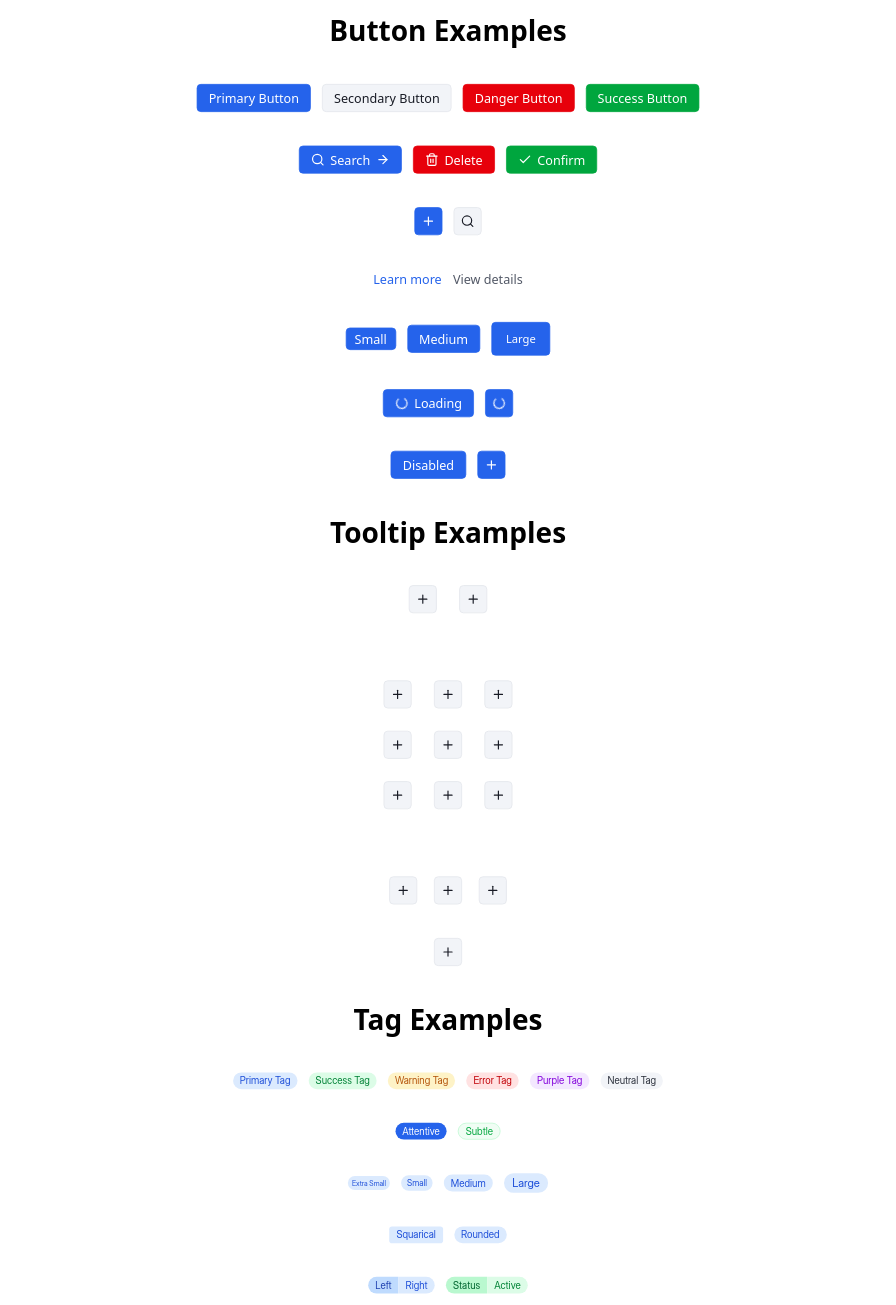
Repository: vinit-juspay/design-system
Page: /
An editor plug-in stored every save of this project. The page is shown before and after the next save, followed by the edit.
The browser window is 1280 px wide. The pictures show the whole page, at 70% of full size.
Some web fonts or font styles are not loaded; a fallback is used. The project was rebuilt for these pictures with package versions that can differ from the ones it lists, and the page was loaded fresh each time. Also part of the build but not shown: vite.config.ts, src/components/button/Button.utils.ts, src/components/button/Button.tsx.

Above is the page before, as saved 2025-04-05 18:49:36.

### index.html
<!doctype html>
<html lang="en">
  <head>
    <meta charset="UTF-8" />
    <meta name="viewport" content="width=device-width, initial-scale=1.0" />
    <link rel="preconnect" href="https://fonts.googleapis.com">
    <link rel="preconnect" href="https://fonts.gstatic.com" crossorigin>
    <link href="https://fonts.googleapis.com/css2?family=Inter+Display:wght@400;500;600;700&family=JetBrains+Mono:wght@400;500;600;700&display=swap" rel="stylesheet">
    <title>Juspay Design System</title>
  </head>
  <body>
    <div id="root"></div>
    <script type="module" src="/src/main.tsx"></script>
  </body>
</html>

### src/index.ts
import './index.css';

export type { ButtonProps, ButtonType, ButtonSize } from './components/button/Button.types';
export { default as Button } from './components/button/Button';

export type { TooltipProps, TooltipSize, TooltipArrow, SlotDirection } from './components/tooltip/Tooltip.types';
export { default as Tooltip } from './components/tooltip/Tooltip';

### lib/main.ts
import '../src/index.css';

export { default as Button } from './components/Button/Button';
export { default as Tag, SplitTag } from './components/Tags/Tags';

### src/components/tooltip/Tooltip.tsx
import * as React from 'react';
import * as RadixTooltip from '@radix-ui/react-tooltip';
import { TooltipProps } from './Tooltip.types';
import { getTooltipClassNames, getArrowStyles, getContentContainerClassNames, getSlotClassNames } from './Tooltip.utils';

/**
 * Tooltip component built on top of Radix UI tooltip primitive
 * Provides contextual information when hovering over elements
 *
 * @component
 * @example
 * // Basic usage
 * <Tooltip content="This is a tooltip">
 *   <Button>Hover me</Button>
 * </Tooltip>
 *
 * // With custom slot (e.g. icon)
 * <Tooltip content="Custom tooltip" arrow="right" hasSlot slot={InfoIcon} slotDirection="left">
 *   <span>Hover for info</span>
 * </Tooltip>
 */

const Tooltip = React.forwardRef<
  React.ElementRef<typeof RadixTooltip.Content>,
  TooltipProps
>(({
  children,
  content,
  size = 'sm',
  arrow = 'default',
  hasSlot = false,
  slotDirection = 'left',
  slot: Slot,
  providerProps = { delayDuration: 300 },
  rootProps,
  contentProps,
}, ref) => {
  const tooltipClassNames = getTooltipClassNames(size);
  const { arrowClassName, side, align, showArrow } = getArrowStyles(arrow);
  const contentContainerClassNames = getContentContainerClassNames();

  return (
    <RadixTooltip.Provider delayDuration={providerProps.delayDuration}>
      <RadixTooltip.Root {...rootProps}>
        <RadixTooltip.Trigger asChild>
          {children}
        </RadixTooltip.Trigger>
        <RadixTooltip.Portal>
          <RadixTooltip.Content
            ref={ref}
            sideOffset={5}
            side={side as RadixTooltip.TooltipContentProps['side']}
            align={align as RadixTooltip.TooltipContentProps['align']}
            className={tooltipClassNames}
            {...contentProps}
          >
            <div className={contentContainerClassNames}>
              {hasSlot && slotDirection === 'left' && Slot && (
                <Slot className={getSlotClassNames('left')} />
              )}
              {content}
              {hasSlot && slotDirection === 'right' && Slot && (
                <Slot className={getSlotClassNames('right')} />
              )}
            </div>
            {showArrow && <RadixTooltip.Arrow className={arrowClassName} />}
          </RadixTooltip.Content>
        </RadixTooltip.Portal>
      </RadixTooltip.Root>
    </RadixTooltip.Provider>
  );
});

Tooltip.displayName = 'Tooltip';

export default Tooltip;

### lib/components/Button/Button.tsx
import * as React from 'react';
import { Loader2 } from 'lucide-react';
import { ButtonProps } from './types';
import { cn } from '../../utils';
import { getButtonClassNames, getIconClassNames, getTextClassNames } from './utils';

const Button = React.forwardRef<HTMLButtonElement, ButtonProps>(
  ({
    buttonType = 'primary',
    size = 'md',
    subType = 'default',
    text,
    leadingIcon: LeadingIcon,
    trailingIcon: TrailingIcon,
    isLoading = false,
    isDisabled = false,
    className,
    children,
    ...props
  }, ref) => {
    const baseClassNames = getButtonClassNames(buttonType, size, subType);
    const iconClassNames = getIconClassNames(size, isLoading);
    const textClassNames = getTextClassNames(size);

    return (
      <button
        ref={ref}
        disabled={isDisabled || isLoading}
        className={cn(baseClassNames, className)}
        {...props}
      >
        {isLoading && (
          <Loader2 className={iconClassNames} />
        )}
        {!isLoading && LeadingIcon && (
          <LeadingIcon className={iconClassNames} />
        )}
        {(text || children) && (
          <span className={textClassNames}>{text || children}</span>
        )}
        {!isLoading && TrailingIcon && (
          <TrailingIcon className={iconClassNames} />
        )}
      </button>
    );
  }
);

Button.displayName = 'Button';

export default Button;

### lib/components/Tags/Tags.tsx
import * as React from 'react';
import { TagProps, SplitTagProps } from './types';
import { cn } from '../../utils';
import { getTagClassNames, getSplitTagClassNames } from './utils';
import { themeConfig } from '../../themeConfig';

const Tag = React.forwardRef<HTMLDivElement, TagProps>(
  ({
    variant = 'default',
    tagStyle = 'rounded',
    size = 'md',
    color = 'neutral',
    label,
    leadingIcon: LeadingIcon,
    trailingIcon: TrailingIcon,
    className,
    children,
    ...props
  }, ref) => {
    const baseClassNames = getTagClassNames(variant, tagStyle, size, color);

    // Size-appropriate icon sizes from themeConfig
    const iconSizes = {
      xs: "h-2.5 w-2.5",
      sm: "h-3 w-3",
      md: "h-3.5 w-3.5",
      lg: "h-4 w-4"
    };

    if (variant === 'splitTags') {
      return null; // SplitTag component should be used instead
    }

    return (
      <div
        ref={ref}
        className={cn(baseClassNames, className)}
        {...props}
      >
        {LeadingIcon && (
          <LeadingIcon className={iconSizes[size]} />
        )}
        {(label || children) && (
          <span className={cn("font-body", themeConfig.euler.tag.sizes[size].fontSize.split(' ')[0])}>
            {label || children}
          </span>
        )}
        {TrailingIcon && (
          <TrailingIcon className={iconSizes[size]} />
        )}
      </div>
    );
  }
);

Tag.displayName = 'Tag';

export const SplitTag = React.forwardRef<HTMLDivElement, SplitTagProps>(
  ({
    tagStyle = 'rounded',
    size = 'md',
    color = 'neutral',
    leftLabel,
    rightLabel,
    leftIcon: LeftIcon,
    rightIcon: RightIcon,
    className,
    ...props
  }, ref) => {
    // Size-appropriate icon sizes
    const iconSizes = {
      xs: "h-2.5 w-2.5",
      sm: "h-3 w-3",
      md: "h-3.5 w-3.5",
      lg: "h-4 w-4"
    };

    return (
      <div
        ref={ref}
        className={cn("inline-flex", className)}
        {...props}
      >
        <div className={getSplitTagClassNames(tagStyle, size, color, true)}>
          {LeftIcon && <LeftIcon className={iconSizes[size]} />}
          {leftLabel && (
            <span className={cn("font-body", themeConfig.euler.tag.sizes[size].fontSize.split(' ')[0])}>
              {leftLabel}
            </span>
          )}
        </div>
        <div className={getSplitTagClassNames(tagStyle, size, color, false)}>
          {rightLabel && (
            <span className={cn("font-body", themeConfig.euler.tag.sizes[size].fontSize.split(' ')[0])}>
              {rightLabel}
            </span>
          )}
          {RightIcon && <RightIcon className={iconSizes[size]} />}
        </div>
      </div>
    );
  }
);

SplitTag.displayName = 'SplitTag';

export default Tag;

### src/components/tooltip/Tooltip.utils.ts
import { TooltipSize, TooltipArrow } from './Tooltip.types';
import { themeConfig } from '../../themeConfig';
import { cn } from '../../lib/utils';

/**
 * Generates the appropriate class names for a tooltip based on its size
 *
 * @param {TooltipSize} size - The size of the tooltip (sm or lg)
 * @returns {string} Combined Tailwind CSS class names for the tooltip
 */
export const getTooltipClassNames = (size: TooltipSize): string => {
  const theme = themeConfig.euler.tooltip;
  const tooltipSize = theme.sizes[size];

  return cn(
    theme.baseStyles,
    tooltipSize.padding,
    tooltipSize.fontSize,
    tooltipSize.borderRadius,
    tooltipSize.maxWidth
  );
};

/**
 * Generates the appropriate class names for the slot based on its direction
 *
 * @param {string} direction - The direction of the slot ('left' or 'right')
 * @returns {string} Combined Tailwind CSS class names for the slot
 */
export const getSlotClassNames = (direction: 'left' | 'right'): string => {
  return cn(
    'h-4 w-4',
    direction === 'left' ? 'mr-2' : 'ml-2'
  );
};

/**
 * Generates the appropriate class names for a tooltip arrow based on its position
 *
 * @param {TooltipArrow} arrow - The position of the arrow
 * @returns {object} Object containing arrow classes and side/align props for Radix UI
 */
export const getArrowStyles = (arrow: TooltipArrow) => {
  const theme = themeConfig.euler.tooltip;

  // Default positioning (top arrow)
  let side = 'top';
  let align = 'center';
  let showArrow = true;

  switch (arrow) {
    case 'right':
      side = 'left';
      align = 'center';
      break;
    case 'left':
      side = 'right';
      align = 'center';
      break;
    case 'bottomCenter':
      side = 'bottom';
      align = 'center';
      break;
    case 'bottomLeft':
      side = 'bottom';
      align = 'start';
      break;
    case 'bottomRight':
      side = 'bottom';
      align = 'end';
      break;
    case 'topCenter':
      side = 'top';
      align = 'center';
      break;
    case 'topLeft':
      side = 'top';
      align = 'start';
      break;
    case 'topRight':
      side = 'top';
      align = 'end';
      break;
    case 'none':
      showArrow = false;
      break;
    default:
      // Default is top with center alignment
      break;
  }

  return {
    arrowClassName: cn(theme.arrow.baseStyles),
    side,
    align,
    showArrow
  };
};

/**
 * Generates the appropriate class names for the content container of the tooltip
 *
 * @returns {string} Combined Tailwind CSS class names for the tooltip content
 */
export const getContentContainerClassNames = (): string => {
  const theme = themeConfig.euler.tooltip;

  return cn(
    'flex',
    theme.content.baseStyles
  );
};

### lib/components/Button/utils.ts
import { ButtonSize, ButtonType, ButtonSubType } from './types';
import { themeConfig } from '../../themeConfig';
import { cn } from '../../utils';

export const getButtonClassNames = (
  type: ButtonType,
  size: ButtonSize,
  subType: ButtonSubType
): string => {
  const theme = themeConfig.euler.button;
  const buttonType = theme.buttonType[type];
  const buttonSize = theme.sizes[size];

  const baseClasses = `
    inline-flex items-center justify-center
    transition-all duration-200
    focus-visible:outline-primary-200 focus-visible:outline-2
    focus:outline-primary-200 focus:outline-2
    disabled:pointer-events-none
  `;

  if (subType === 'link') {
    return cn(
      baseClasses,
      buttonSize.fontSize,
      theme.linkColors[type].text,
      theme.linkColors[type].hover,
      theme.linkColors[type].focus
    );
  }

  if (subType === 'iconOnly') {
    return cn(
      baseClasses,
      buttonSize.height,
      'aspect-square p-0',
      buttonType.backgroundColor,
      buttonType.textColor,
      buttonType.hoverBackgroundColor,
      buttonType.activeBackgroundColor,
      buttonType.borderColor,
      buttonType.disabledBackgroundColor,
      theme.borderRadius
    );
  }

  return cn(
    baseClasses,
    buttonSize.height,
    buttonSize.padding,
    buttonSize.fontSize,
    buttonSize.gap,
    buttonType.backgroundColor,
    buttonType.textColor,
    buttonType.hoverBackgroundColor,
    buttonType.activeBackgroundColor,
    buttonType.borderColor,
    buttonType.disabledBackgroundColor,
    theme.borderRadius
  );
};

export const getIconClassNames = (size: ButtonSize, isLoading: boolean): string => {
  const theme = themeConfig.euler.button;
  const buttonSize = theme.sizes[size];

  return cn(
    buttonSize.iconSize,
    isLoading && 'animate-spin'
  );
};

export const getTextClassNames = (size: ButtonSize): string => {
  const theme = themeConfig.euler.button;
  const buttonSize = theme.sizes[size];

  return cn(
    buttonSize.fontSize
  );
};

### lib/components/Tags/utils.ts
import { TagVariant, TagStyle, TagSize, TagColor } from './types';
import { themeConfig } from '../../themeConfig';
import { cn } from '../../utils';

export const getTagClassNames = (
  variant: TagVariant,
  tagStyle: TagStyle,
  size: TagSize,
  color: TagColor
): string => {
  const theme = themeConfig.euler.tag;

  // Base classes for all tags
  const baseClasses = `
    inline-flex items-center justify-center
    gap-2 transition-all duration-200
  `;

  // For splitTags, we'll handle this differently in the component
  if (variant === 'splitTags') {
    return cn(
      baseClasses,
      theme.sizes[size].height,
      theme.sizes[size].fontSize,
      theme.style[tagStyle]
    );
  }

  // Log the font size class being applied for debugging
  console.log(`Applying font size class: ${theme.sizes[size].fontSize}`);

  return cn(
    baseClasses,
    theme.sizes[size].height,
    theme.sizes[size].padding,
    theme.sizes[size].fontSize,
    theme.style[tagStyle],
    theme.variant[variant][color]
  );
};

export const getSplitTagClassNames = (
  tagStyle: TagStyle,
  size: TagSize,
  color: TagColor,
  isLeft: boolean
): string => {
  const theme = themeConfig.euler.tag;
  const side = isLeft ? 'left' : 'right';

  // Log the font size class being applied for debugging
  console.log(`Applying split tag font size class: ${theme.sizes[size].fontSize}`);

  return cn(
    'inline-flex items-center justify-center gap-2',
    theme.sizes[size].height,
    theme.sizes[size].padding,
    theme.sizes[size].fontSize,
    theme.splitStyle[tagStyle][side],
    theme.splitTag[color][side]
  );
};

### lib/themeConfig.ts
// Copy your existing themeConfig.ts file here
// This is a placeholder - use your actual theme config
export const themeConfig = {
  euler: {
    button: {
      buttonType: {
        primary: {
          backgroundColor: 'bg-blue-600',
          textColor: 'text-white',
          hoverBackgroundColor: 'hover:bg-blue-700',
          borderColor: 'border border-blue-600'
        },
        secondary: {
          backgroundColor: 'bg-gray-100',
          textColor: 'text-gray-900',
          hoverBackgroundColor: 'hover:bg-gray-200',
          borderColor: 'border border-gray-200'
        },
        danger: {
          backgroundColor: 'bg-red-600',
          textColor: 'text-white',
          hoverBackgroundColor: 'hover:bg-red-700',
          borderColor: 'border border-red-600'
        },
        success: {
          backgroundColor: 'bg-green-600',
          textColor: 'text-white',
          hoverBackgroundColor: 'hover:bg-green-700',
          borderColor: 'border border-green-600'
        }
      },
      sizes: {
        sm: {
          height: 'h-8',
          padding: 'px-3',
          fontSize: 'text-sm',
          iconSize: 'w-4 h-4',
          gap: 'gap-1.5'
        },
        md: {
          height: 'h-10',
          padding: 'px-4',
          fontSize: 'text-sm',
          iconSize: 'w-5 h-5',
          gap: 'gap-2'
        },
        lg: {
          height: 'h-12',
          padding: 'px-5',
          fontSize: 'text-base',
          iconSize: 'w-5 h-5',
          gap: 'gap-2'
        }
      },
      linkColors: {
        primary: {
          text: 'text-blue-600',
          hover: 'hover:text-blue-700',
          focus: 'focus:text-blue-700'
        },
        secondary: {
          text: 'text-gray-600',
          hover: 'hover:text-gray-700',
          focus: 'focus:text-gray-700'
        },
        danger: {
          text: 'text-red-600',
          hover: 'hover:text-red-700',
          focus: 'focus:text-red-700'
        },
        success: {
          text: 'text-green-600',
          hover: 'hover:text-green-700',
          focus: 'focus:text-green-700'
        }
      },
      borderRadius: 'rounded-md'
    },
    tag: {
      variant: {
        default: {
          neutral: 'bg-gray-100 text-gray-700',
          primary: 'bg-blue-100 text-blue-700',
          success: 'bg-green-100 text-green-700',
          error: 'bg-red-100 text-red-700',
          warning: 'bg-amber-100 text-amber-700',
          purple: 'bg-purple-100 text-purple-700'
        },
        attentive: {
          neutral: 'bg-gray-950 text-gray-0',
          primary: 'bg-blue-600 text-gray-0',
          success: 'bg-green-600 text-gray-0',
          error: 'bg-red-600 text-gray-0',
          warning: 'bg-orange-500 text-gray-0',
          purple: 'bg-purple-500 text-gray-0'
        },
        subtle: {
          neutral: 'bg-gray-50 text-gray-600 border border-gray-200',
          primary: 'bg-blue-50 text-blue-600 border border-blue-200',
          success: 'bg-green-50 text-green-600 border border-green-200',
          error: 'bg-red-50 text-red-600 border border-red-200',
          warning: 'bg-amber-50 text-amber-600 border border-amber-200',
          purple: 'bg-purple-50 text-purple-600 border border-purple-200'
        }
      },
      splitTag: {
        neutral: {
          left: 'bg-gray-200 text-gray-800',
          right: 'bg-gray-100 text-gray-700'
        },
        primary: {
          left: 'bg-blue-200 text-blue-800',
          right: 'bg-blue-100 text-blue-700'
        },
        success: {
          left: 'bg-green-200 text-green-800',
          right: 'bg-green-100 text-green-700'
        },
        error: {
          left: 'bg-red-200 text-red-800',
          right: 'bg-red-100 text-red-700'
        },
        warning: {
          left: 'bg-amber-200 text-amber-800',
          right: 'bg-amber-100 text-amber-700'
        },
        purple: {
          left: 'bg-purple-200 text-purple-800',
          right: 'bg-purple-100 text-purple-700'
        }
      },
      sizes: {
        xs: {
          height: 'h-5',
          padding: 'px-1.5 py-0.5',
          fontSize: 'text-body-xs font-body'
        },
        sm: {
          height: 'h-[22px]',
          padding: 'px-2 py-0.75',
          fontSize: 'text-body-sm font-body'
        },
        md: {
          height: 'h-6',
          padding: 'px-2.5 py-1',
          fontSize: 'text-body-md font-body'
        },
        lg: {
          height: 'h-7',
          padding: 'px-3 py-1.5',
          fontSize: 'text-body-lg font-body'
        }
      },
      style: {
        squarical: 'rounded',
        rounded: 'rounded-full'
      },
      splitStyle: {
        squarical: {
          left: 'rounded-l',
          right: 'rounded-r'
        },
        rounded: {
          left: 'rounded-l-full',
          right: 'rounded-r-full'
        }
      }
    }
  }
};

Loaded but not shown: src/main.tsx (common file); src/index.css (common file); src/lib/utils.ts (common file); lib/utils/index.ts (common file); tailwind.config.js (318 lines, source omitted); src/App.tsx (335 lines, source omitted); src/themeConfig.ts (278 lines, source omitted)

After the next save:
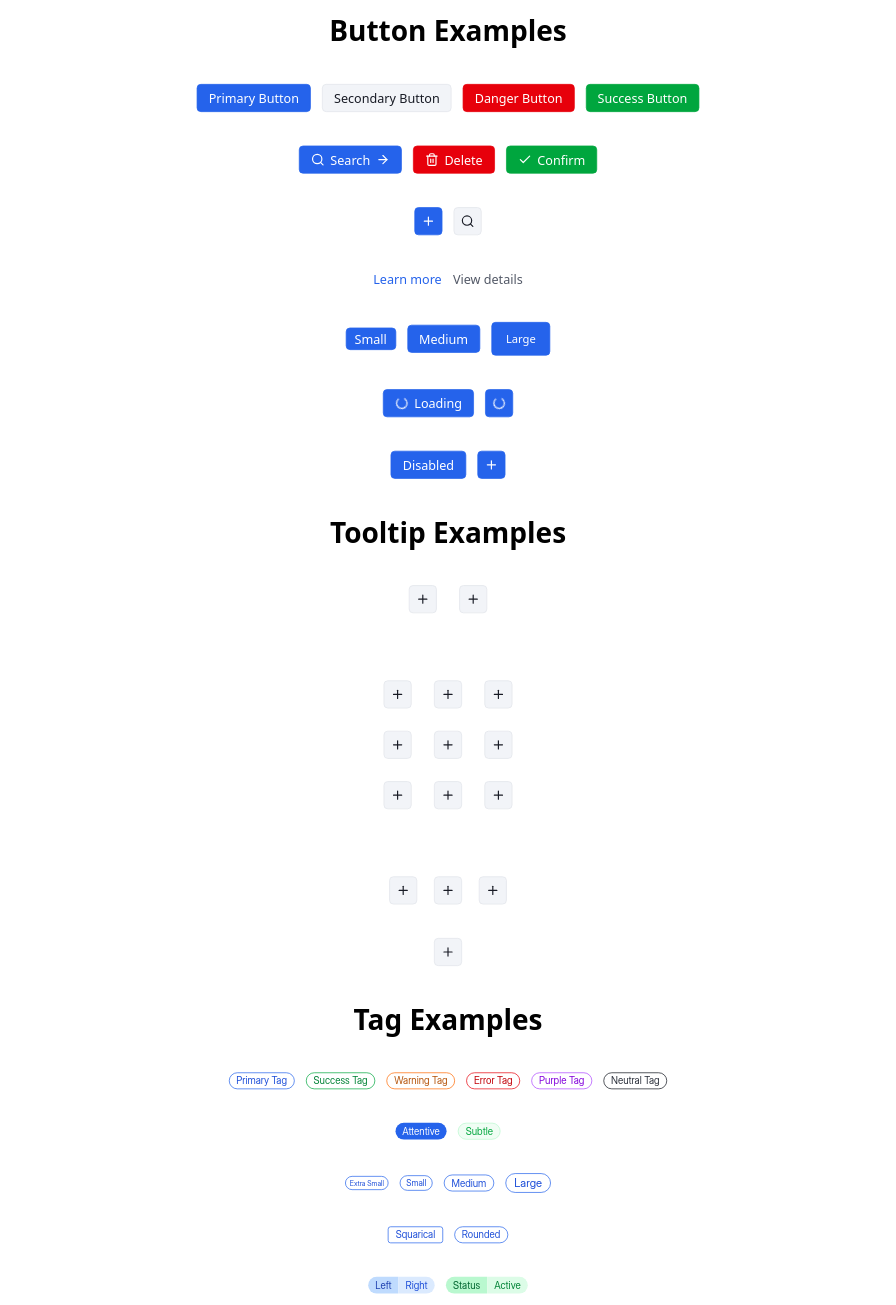
Saved 4 min 24 s later.
--- a/lib/themeConfig.ts
+++ b/lib/themeConfig.ts
@@ -79,12 +79,12 @@ export const themeConfig = {
     tag: {
       variant: {
         default: {
-          neutral: 'bg-gray-100 text-gray-700',
-          primary: 'bg-blue-100 text-blue-700',
-          success: 'bg-green-100 text-green-700',
-          error: 'bg-red-100 text-red-700',
-          warning: 'bg-amber-100 text-amber-700',
-          purple: 'bg-purple-100 text-purple-700'
+          neutral: 'bg-gray-0 text-gray-700 border border-gray-950',
+          primary: 'bg-gray-0 text-blue-700 border border-blue-600',
+          success: 'bg-gray-0 text-green-700 border border-green-600',
+          error: 'bg-gray-0 text-red-700 border border-red-600',
+          warning: 'bg-gray-0 text-amber-700 border border-orange-500',
+          purple: 'bg-gray-0 text-purple-700 border border-purple-500'
         },
         attentive: {
           neutral: 'bg-gray-950 text-gray-0',
